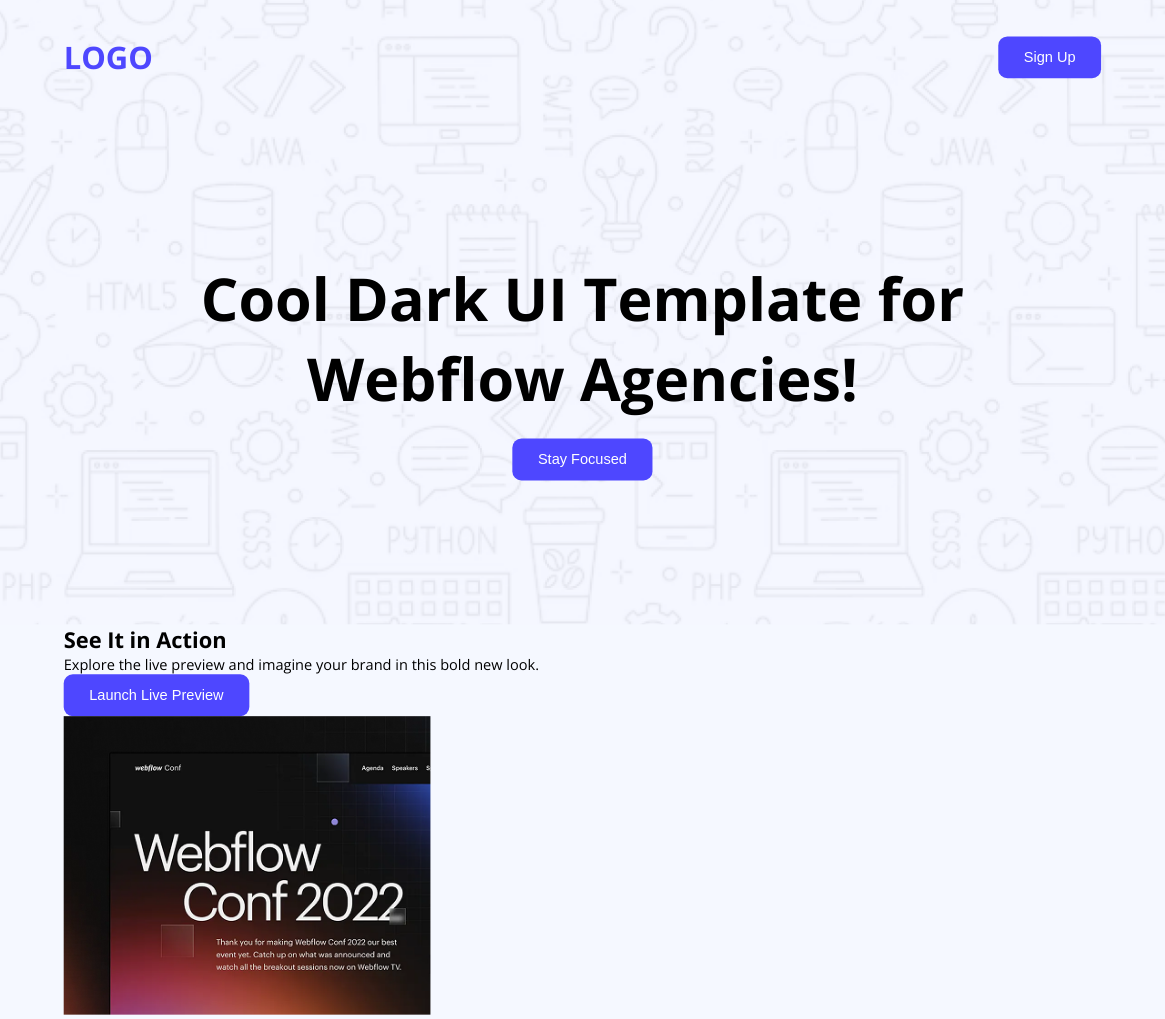
Repository: nahid-hasann/website-3
Page: index.html
The author's editor kept a copy of each file at every save. The page is drawn from the files as they stood at one save, then again after the next save.
The browser window is 1280 px wide. The pictures show the whole page, at 91% of full size.

Above is the page before, as saved 2025-07-10 19:49:24.

### index.html
<!DOCTYPE html>
<html lang="en">
<head>
    <meta charset="UTF-8">
    <meta name="viewport" content="width=device-width, initial-scale=10">
    <title>MH NaHid</title>
    <link rel="preconnect" href="https://fonts.googleapis.com">
<link rel="preconnect" href="https://fonts.gstatic.com" crossorigin>
<link href="https://fonts.googleapis.com/css2?family=Open+Sans:ital,wght@0,300..800;1,300..800&family=Raleway:ital,wght@0,100..900;1,100..900&display=swap" rel="stylesheet">
<link rel="stylesheet" href="style.css">
</head>
<body class="open-sans-normal">


<header class="header-section">
      <section class="section-1">
       <h1 style="font-size: 34px; color: #4e47ff;">LOGO</h1>
       <button class="btn">Sign Up</button>
      </section>

      <section class="section-2">
        <h1 style="font-size: 65px; text-align: center;">Cool Dark UI Template for <br> Webflow Agencies!</h1>
        <br>
        <button class="btn">Stay Focused</button>
      </section>


</header>


<main>

<section class="action-section">

<div class="action-title">
    <h1>See It in Action</h1>
    <p>Explore the live preview and imagine your brand in this bold new look.</p>
    <button class="btn">Launch Live Preview</button>
</div>

<div class="action-img">
    <img src="Assets/wc-mini.png" alt="">
</div>


</section>




</main>






</body>
</html>

### style.css
*{
    margin: 0;
    padding: 0;
    box-sizing: border-box;
}

body{
    background-color: #f5f8ff;
}


.open-sans-normal {
  font-family: "Open Sans", sans-serif;
  font-optical-sizing: auto;
  font-style: normal;
  font-variation-settings:
    "wdth" 100;
}

.header-section{
    background-image: url('Assets/Hero-bg.png');
    background-repeat: no-repeat;
    background-position: center;
    background-size: cover;
    /* height: 700px; */
}

.section-1{
    display: flex;
    justify-content: space-between;
    padding: 40px 0;
    width: 1140px;
    margin: auto;
}

.btn{
    padding: 14px 28px;
    border: none;
    background-color: #4e47ff ;
    color: white;
    border-radius: 10px;
    display: block;
    font-size: 16px;
}

.section-2{

    display: flex;
    flex-direction: column;
    justify-content: center;
    align-items: center;
    margin:  auto;
    padding: 158px 0;

}

main{
    width: 1140px;
    margin: auto;
}

.action section{
    display: flex;
}

After the next save:
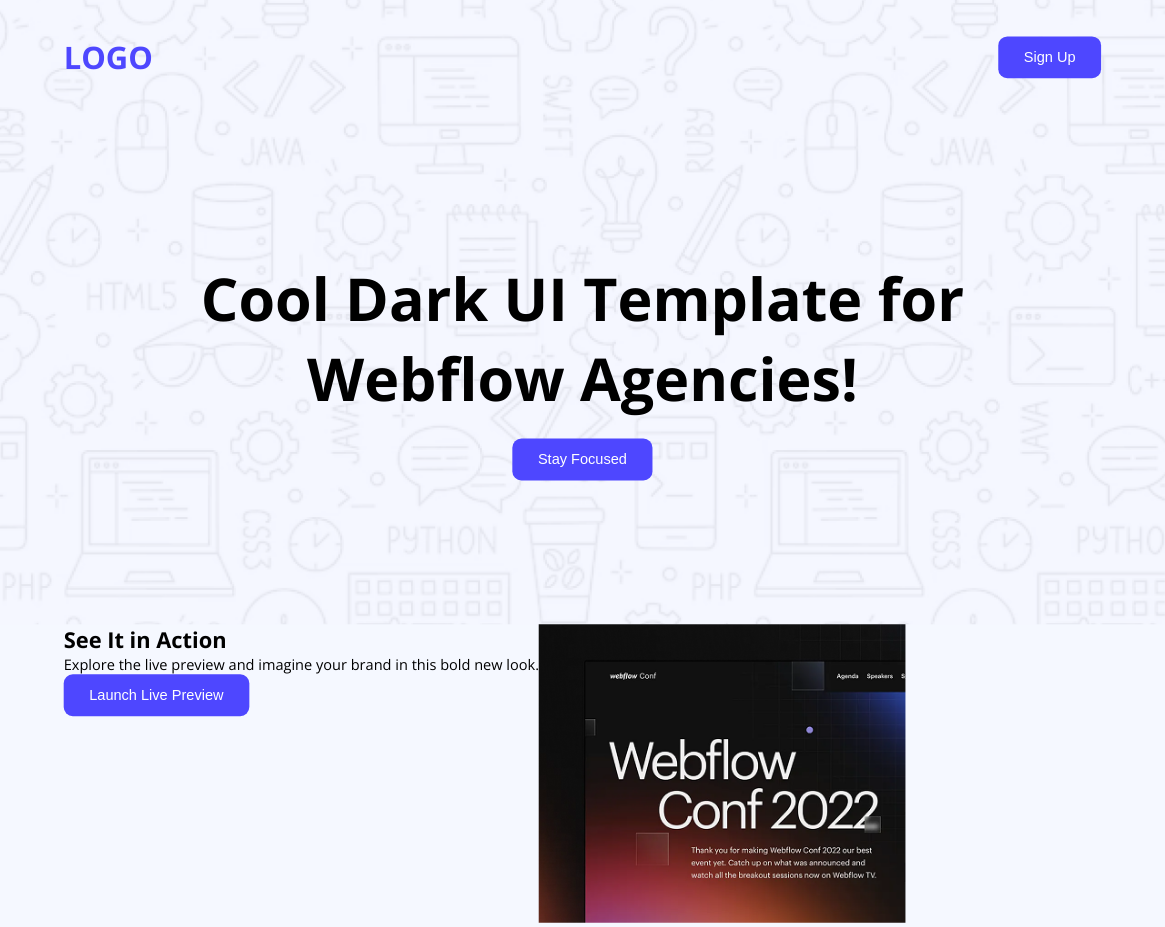
Saved 6 s later.
--- a/style.css
+++ b/style.css
@@ -59,6 +59,6 @@
     margin: auto;
 }
 
-.action section{
+.action-section{
     display: flex;
 }
